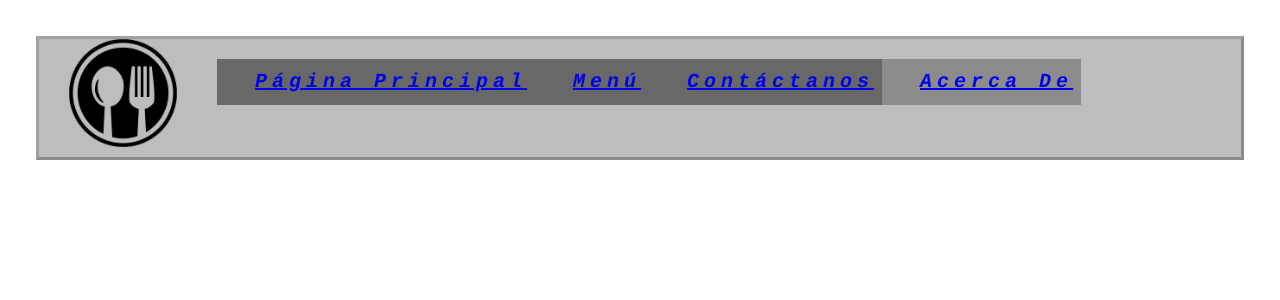
Repository: UVMCoyoacan/eq06_sitio1
Page: index.html
The author's editor kept a copy of each file at every save. The page is drawn from the files as they stood at one save, then again after the next save.
The browser window is 1280 px wide. The pictures show the whole page.

Above is the page before, as saved 2024-03-07 10:18:04.

### index.html
<!DOCTYPE html>
<html>
    <head>
        <link rel="stylesheet" href="./Carpeta estilos/estilo1.css"/>
        <meta charset="utf-8" />
    </head>
    <body>
        <header id="parte_inicial" role="banner">
            <div class="encabezado" style="display: flex;   flex-wrap: wrap; ">
                    <div style="flex-wrap:wrap; text-align: center; white-space: nowrap; ">
                    <img width="108" height="108" src="./Carpeta ims/tres.png" onclick="redirigirIndex()" style="text-align: left; cursor:pointer; text-align: center;";>

                    </div>
            <div >
            <ul >
                <li  ><a href="#">Página principal</a></li>
                <li ><a href="./Carpeta docs/menu.html">Menú</a></li>
                <li ><a href="./Carpeta docs/contactos.html">Contáctanos</a></li>
                <li ><a class="active" href="./Carpeta docs/acercade.html">Acerca de</a></li>
            </ul>
        </div>
            </div>
        </header>
    </body>
    <script src="./Carpeta js/js1.js">
    </script>
</html>

### Carpeta estilos/estilo1.css
body{
  background-color:#ffffff;
  font-size:20px;
  font-family:Courier;
  font-weight:bold;
  font-style:normal;
  line-height:30px;
  letter-spacing:5px;
  padding: 28px;
  text-transform:capitalize;
  text-align:left;
  text-indent:30px;
}
header{
  background-color:#00000042;
  font-size:20px;
  font-family:Courier;
  font-weight:bold;
  font-style:italic;
  line-height:30px;
  letter-spacing:5px;
  text-transform:capitalize;
  text-align:left;
  text-indent:30px;
  border-style: outset;
  border-color: #00000042;

}
li {
  display: inline;
  float: left;
  background-color:#00000042;
  font-size:20px;
  font-family:Courier;
  font-weight:bold;
  font-style:oblique;
  line-height:30px;
  letter-spacing:5px;
  text-decoration:underline;
  text-transform:capitalize;
  text-align:left;
  text-indent:30px;
}


a {
  display: block;
  padding: 8px;
  background-color:#00000042;
}
.active {
  background-color:transparent;

}

#titulo{
  text-decoration: overline underline;
  font-size:30px;
  font-style:oblique;

}
ul {
  margin-left: auto;
}

### Carpeta js/js1.js
function redirigirIndex() {
    window.location.href = '#';
}

After the next save:
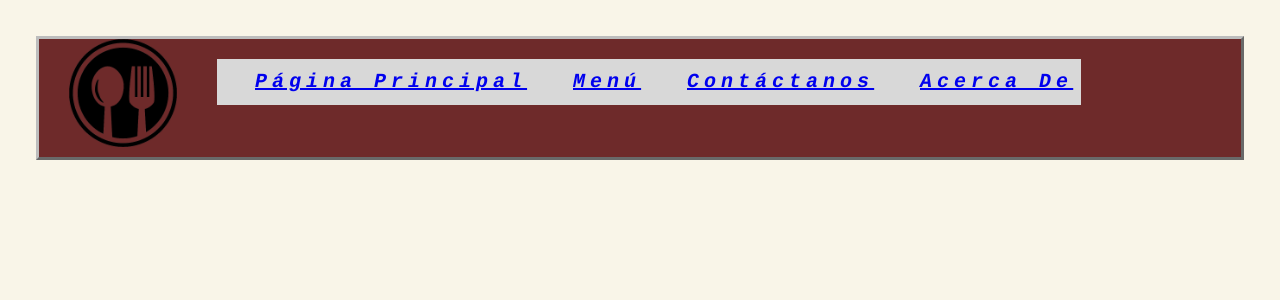
Saved 32 s later.
--- a/Carpeta estilos/estilo1.css
+++ b/Carpeta estilos/estilo1.css
@@ -1,5 +1,5 @@
 body{
-  background-color:#ffffff;
+  background-color:#F9F5E8;
   font-size:20px;
   font-family:Courier;
   font-weight:bold;
@@ -12,7 +12,7 @@ body{
   text-indent:30px;
 }
 header{
-  background-color:#00000042;
+  background-color:#6e2a2a;
   font-size:20px;
   font-family:Courier;
   font-weight:bold;
@@ -23,13 +23,13 @@ header{
   text-align:left;
   text-indent:30px;
   border-style: outset;
-  border-color: #00000042;
+  border-color: #BDBDBD;
 
 }
 li {
   display: inline;
   float: left;
-  background-color:#00000042;
+  background-color:#D8D8D8;
   font-size:20px;
   font-family:Courier;
   font-weight:bold;
@@ -46,7 +46,7 @@ li {
 a {
   display: block;
   padding: 8px;
-  background-color:#00000042;
+  background-color:#D8D8D8;
 }
 .active {
   background-color:transparent;
